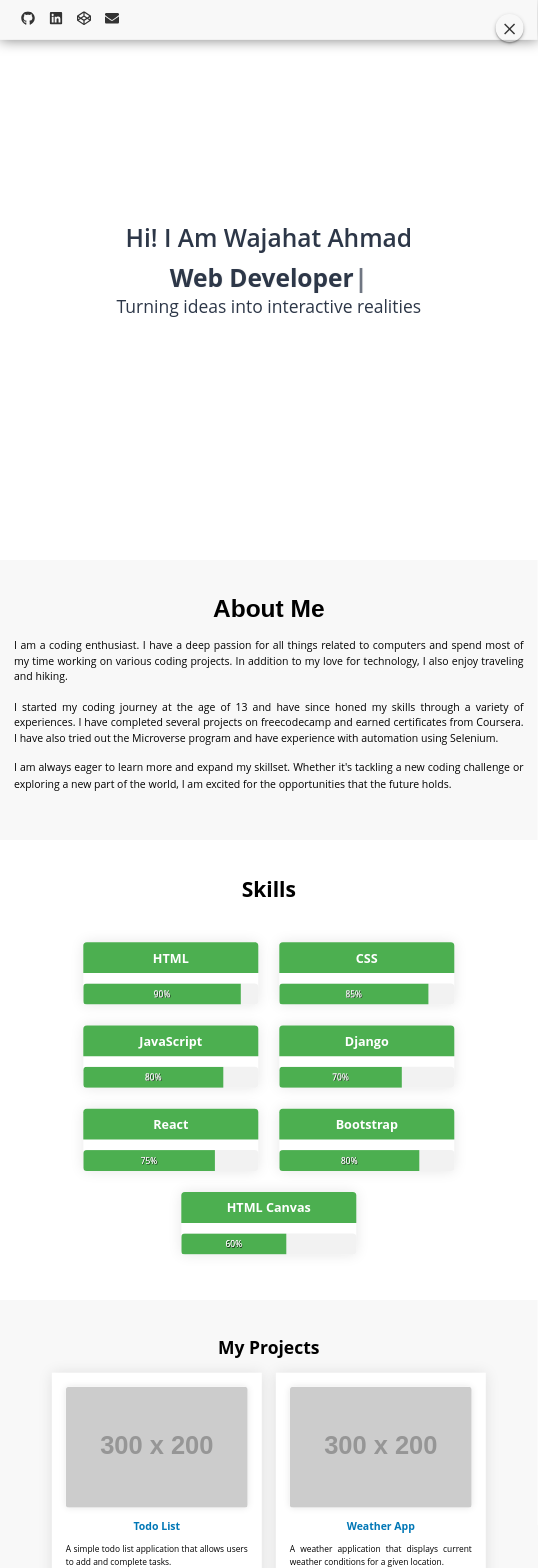
Repository: WajahatKanju/wajahatkanju.github.io
Page: /
The author's editor kept a copy of each file at every save. The page is drawn from the files as they stood at one save, then again after the next save.
The browser window is 768 px wide. The pictures show the part of the page from y = 0 to 2240 px (the page is 3532 px tall), at 70% of full size.
The project was rebuilt for these pictures with package versions that can differ from the ones it lists, and the page was loaded fresh each time. Also part of the build but not shown: vite.config.js.

Above is the page before, as saved 2023-05-06 11:32:38.

### index.html
<!DOCTYPE html>
<html lang="en">
  <head>
    <meta charset="UTF-8" />
    <link rel="icon" type="image/svg+xml" href="./src/assets/favicon.svg" />
    <meta name="viewport" content="width=device-width, initial-scale=1.0" />
    <title>Wajahat Ahmad - Portfolio</title>
  </head>
  <body>
    <div id="root"></div>
    <script type="module" src="./src/main.jsx"></script>
  </body>
</html>

### src/App.jsx
import './styles/App.scss'
import Header from "./Header"
import Navigation from './Navigation'
import About from './About'
import ContactForm from './ContactForm'
import Skills from './Skills'
import Projects from './Projects'

function App() {

  return (
    <>
    <Navigation />
    <Header />
    <About />
    <Skills />
    <Projects />
    <ContactForm />
    </>
  )
}

export default App

### src/styles/App.scss
/* Reset */
*, *::before, *::after {
  margin: 0;
  padding: 0;
  box-sizing: border-box;
}

/* Set base font size */
html {
  font-size: 62.5%; /* 1rem = 10px */
}

/* Base styles */
body {
  font-family: 'Open Sans', sans-serif;
  font-size: 1.6rem; /* 16px */
  overflow-x: hidden;
}

section:nth-of-type(2n - 1){
  background-color: #F8F8F8;
}

/* Media queries */
@media screen and (max-width: 599px) {
  /* Small screens */
  body {
    font-size: 1.2rem; /* 12px */
  }
}

@media screen and (min-width: 600px) and (max-width: 991px) {
  /* Mobile and tablet styles */
  body {
    font-size: 1.4rem; /* 14px */
  }
}

@media screen and (min-width: 992px) and (max-width: 1199px) {
  /* Medium desktop styles */
  body {
    font-size: 1.8rem; /* 18px */
  }
}

@media screen and (min-width: 1200px) and (max-width: 1599px) {
  /* Large desktop styles */
  html {
    font-size: 80%; /* 1rem = 8px */
  }
  body {
    font-size: 2rem; /* 20px */
  }
}

@media screen and (min-width: 1600px) {
  /* Extra large desktop styles */
  html {
    font-size: 100%; /* 1rem = 10px */
  }
  body {
    font-size: 2.2rem; /* 22px */
  }
}

### src/Header.jsx
import { useEffect } from "react";
import Typewriter from "typewriter-effect/dist/core";
import "./styles/Header.scss";

import ImageParticleAnimation from "./ImageParticleAnimation";

function Header() {
  useEffect(() => {
    const typewriter = new Typewriter("#typewriter", {
      strings: ["Web Designer", "Web Developer", "Full Stack Developer"],
      loop: true,
      delay: 80,
      autoStart: true,
    });

    typewriter.start();
  }, []);


  return (
    <header className="header">
      <div className="header__left">
        <h1>Hi! I Am Wajahat Ahmad</h1>
        <p id="typewriter"></p>
        <h3>Turning ideas into interactive realities</h3>
      </div>
      <div className="header__right">
        <ImageParticleAnimation />
      </div>
    </header>
  );
}

export default Header;

### src/Navigation.jsx
import { useState } from 'react';
import { FaGithub, FaLinkedin, FaCodepen, FaEnvelope } from 'react-icons/fa';
import './styles/Navigation.scss';

function Navigation() {
  const [menuOpen, setMenuOpen] = useState(false);

  const handleMenuClick = () => {
    setMenuOpen(!menuOpen);
  };
  return (
    <nav className="navigation">

      <div className={`navigation__left`}>
        <a href="https://github.com/WajahatKanju" target="_blank" rel="noopener noreferrer">
          <FaGithub />
        </a>
        <a href="https://www.linkedin.com/in/wajahat-ahmad-5b493b181/" target="_blank" rel="noopener noreferrer">
          <FaLinkedin />
        </a>
        <a href="https://codepen.io/wajahatahmad" target="_blank" rel="noopener noreferrer">
          <FaCodepen />
        </a>
        <a href="mailto:wajahat5ahmad@gmail.com">
          <FaEnvelope />
        </a>
      </div>
      <ul className={`navigation__right ${menuOpen ? 'active' : ''}`}>
        <li> <a href="#">Home </a> </li>
        <li> <a href="#about">About</a></li>
        <li> <a href="#skills">Skills </a></li>
        <li> <a href="#projects">Projects </a></li>
        <li> <a href="#contact">Contact </a></li>
      </ul>
      <div className={`navigation-button ${menuOpen ? '' : 'active'}`} onClick={handleMenuClick}>
        <div className="navigation__menu-icon">
          <div className="navigation__menu-line"></div>
          <div className="navigation__menu-line"></div>
          <div className="navigation__menu-line"></div>
        </div>
      </div>
    </nav>
  );
}

export default Navigation;

### src/About.jsx
import "./styles/About.scss";

function About() {
  return (
    <section className="about"id="about">
      <div className="about__me--container">
        <h2>About Me</h2>
        <p>
          I am a coding enthusiast. I have a deep passion for all things related
          to computers and spend most of my time working on various coding
          projects. In addition to my love for technology, I also enjoy
          traveling and hiking.
        </p>
        <p>
          I started my coding journey at the age of 13 and have since honed my
          skills through a variety of experiences. I have completed several
          projects on freecodecamp and earned certificates from Coursera. I have
          also tried out the Microverse program and have experience with
          automation using Selenium.
        </p>
        <p>
          I am always eager to learn more and expand my skillset. Whether
          it&apos;s tackling a new coding challenge or exploring a new part of
          the world, I am excited for the opportunities that the future holds.
        </p>
      </div>
    </section>
  );
}

export default About;

### src/ContactForm.jsx
import { useState } from "react";

import "./styles/ContactForm.scss";

function ContactForm() {
  const [name, setName] = useState("");
  const [email, setEmail] = useState("");
  const [message, setMessage] = useState("");

  const handleSubmit = (e) => {
    e.preventDefault();
    // handle form submission logic here
  };

  return (
    <section className="contact__form">
      <div className="contact__form__container">
        <h2 className="form__header">Contact Me</h2>
        <form onSubmit={handleSubmit}>
          <label htmlFor="name">Name:</label>
          <input
            type="text"
            id="name"
            name="name"
            value={name}
            onChange={(e) => setName(e.target.value)}
            required
          />

          <label htmlFor="email">Email:</label>
          <input
            type="email"
            id="email"
            name="email"
            value={email}
            onChange={(e) => setEmail(e.target.value)}
            required
          />

          <label htmlFor="message">Message:</label>
          <textarea
            id="message"
            name="message"
            value={message}
            onChange={(e) => setMessage(e.target.value)}
            required
          />

          <button type="submit">Submit</button>
        </form>
      </div>
    </section>
  );
}

export default ContactForm;

### src/Skills.jsx
import "./styles/Skills.scss";

function Skills() {
  return (
    <section className="skills">
      <h2 className="skills__header">Skills</h2>

      <div className="skills__container">
        <div className="skill">
          <h3 className="skill__name">HTML</h3>
          <div className="skill__bar">
            <div className="skill__fill" style={{ width: "90%" }}>
              <span className="skill__percent">90%</span>
            </div>
          </div>
        </div>

        <div className="skill">
          <h3 className="skill__name">CSS</h3>
          <div className="skill__bar">
            <div className="skill__fill" style={{ width: "85%" }}>
              <span className="skill__percent">85%</span>
            </div>
          </div>
        </div>

        <div className="skill">
          <h3 className="skill__name">JavaScript</h3>
          <div className="skill__bar">
            <div className="skill__fill" style={{ width: "80%" }}>
              <span className="skill__percent">80%</span>
            </div>
          </div>
        </div>

        <div className="skill">
          <h3 className="skill__name">Django</h3>
          <div className="skill__bar">
            <div className="skill__fill" style={{ width: "70%" }}>
              <span className="skill__percent">70%</span>
            </div>
          </div>
        </div>

        <div className="skill">
          <h3 className="skill__name">React</h3>
          <div className="skill__bar">
            <div className="skill__fill" style={{ width: "75%" }}>
              <span className="skill__percent">75%</span>
            </div>
          </div>
        </div>

        <div className="skill">
          <h3 className="skill__name">Bootstrap</h3>
          <div className="skill__bar">
            <div className="skill__fill" style={{ width: "80%" }}>
              <span className="skill__percent">80%</span>
            </div>
          </div>
        </div>

        <div className="skill">
          <h3 className="skill__name">HTML Canvas</h3>
          <div className="skill__bar">
            <div className="skill__fill" style={{ width: "60%" }}>
              <span className="skill__percent">60%</span>
            </div>
          </div>
        </div>
      </div>
    </section>
  );
}

export default Skills;

### src/Projects.jsx
import './styles/Projects.scss';

const Projects = () => {
  const projects = [
    {
      id: 1,
      title: 'Todo List',
      description: 'A simple todo list application that allows users to add and complete tasks.',
      image: 'https://via.placeholder.com/300x200',
      link: 'https://www.example.com/todolist'
    },
    {
      id: 2,
      title: 'Weather App',
      description: 'A weather application that displays current weather conditions for a given location.',
      image: 'https://via.placeholder.com/300x200',
      link: 'https://www.example.com/weatherapp'
    },
    {
      id: 3,
      title: 'E-commerce Store',
      description: 'An online store that allows users to browse and purchase products.',
      image: 'https://via.placeholder.com/300x200',
      link: 'https://www.example.com/ecommerce'
    },
    {
      id: 4,
      title: 'Recipe App',
      description: 'A recipe application that displays a list of recipes and allows users to search and filter them.',
      image: 'https://via.placeholder.com/300x200',
      link: 'https://www.example.com/recipeapp'
    }
  ];

  return (
    <section className="projects" id="projects">
      <h2>My Projects</h2>
      <div className="project-list">
        {projects.map(project => (
          <div className="project" key={project.id}>
            <img src={project.image} alt={project.title} />
            <h3>{project.title}</h3>
            <p>{project.description}</p>
            <a href={project.link}>View Project</a>
          </div>
        ))}
      </div>
    </section>
  );
};

export default Projects;

### src/styles/Header.scss
.header {
  display: flex;
  padding: 2rem 5rem;

  justify-content: space-around;
  align-items: center;
  min-height: 100vh;
  color: #2d3748;
  position: relative;
  z-index: 10;
  flex: 1 1 auto;


  img{
    display: block;

  }

  &__left {
    h1 {
      font-size: 3rem;
      font-weight: 600;
      text-align: center;
      margin-bottom: 1rem;

      span {
        display: inline-block;

        &.animate__bounce:hover {
          animation-name: jelly;
          animation-duration: 1s;
          animation-fill-mode: both;
          animation-iteration-count: infinite;
        }
      }
    }

    h3 {
      font-size: 1.5rem;
      font-weight: 400;
      text-align: center;
      margin-bottom: 3rem;
    }

    #typewriter {
      text-align: center;
      font-size: 2rem;
      font-weight: bold;
      text-shadow: 0.0625rem 0.0625rem 0.1875rem rgba(0, 0, 0, 0.1);
    }
  }

  &__right{
      display: flex;
      justify-content: center;
      align-items: center;
      flex: 1 1 auto;
  }

  @media screen and (max-width: 768px) {
    flex-direction: row;
    justify-content: center;
    align-items: center;
    min-height: 100vh;
    padding: 2rem 5rem;

    &__left {
      margin-bottom: 0;

      h1 {
        text-align: center;
        font-size: 3.5rem;

      }

      h3 {
        text-align: center;
        font-size: 2.5rem;
      }

      #typewriter {
        text-align: center;
        font-size: 3.5rem;
      }
    }

    &__right {
      display: none;
    }
  }
}


@keyframes jelly {
  0%,
  100% {
    transform: scale(1);
  }
  25% {
    transform: scale(0.9, 1.1);
  }
  50% {
    transform: scale(1.1, 0.9);
  }
  75% {
    transform: scale(0.95, 1.05);
  }
}

### src/ImageParticleAnimation.jsx
import { useEffect, useRef } from "react";
import cartoonMe from "./assets/cartoon.png";

export default function ImageParticleAnimation() {

  // eslint-disable-next-line react-hooks/exhaustive-deps
  const png = new Image();
  png.src = cartoonMe;
  const canvasRef = useRef();

  useEffect(() => {
    const canvas = canvasRef.current;
    const ctx = canvas.getContext("2d");

    canvas.width = innerWidth;
    canvas.height = innerHeight;

    let particleArray = [];

    let mouse = {
      x: null,
      y: null,
      radius: 120,
    };

    window.addEventListener("mousemove", (event) => {
      mouse.x = event.x + canvas.clientLeft / 2;
      mouse.y = event.y + canvas.clientTop / 2;
    });

    function drawImage() {
      let imageWidth = png.width;
      let imageHeight = png.height;
      ctx.drawImage(png, innerWidth / 2, innerHeight / 2);
      const data = ctx.getImageData(0, 0, imageWidth, imageHeight);
      ctx.clearRect(0, 0, canvas.width, canvas.height);

      class Particle {
        constructor(x, y, color, size=1) {
          this.baseX = x + (canvas.width * 0.75 ) - png.width * 2;
          this.baseY = y + (canvas.height * 0.45 ) - png.height * 2;

          this.x = this.baseX + Math.random() * 200 - 25 ;
          this.y = this.baseY + Math.random() * 200 - 25 ;

          this.color = color;
          this.size = size;

          this.density = Math.random() * 10 + 2;
        }

        draw() {
          ctx.fillStyle = this.color;
          ctx.beginPath();
          ctx.arc(this.x, this.y, this.size * 10, 0, Math.PI * 2);
          ctx.closePath();
          ctx.fill();
        }

        update() {
          let dx = mouse.x - this.x;
          let dy = mouse.y - this.y;
          let distance = Math.sqrt(dx * dx + dy * dy);
          let forceDirectionX = dx / distance;
          let forceDirectionY = dy / distance;

          const maxDistance = 100;
          let force = (maxDistance - distance) / (maxDistance * 0.5);
          if (force < 0) force = 0;

          let directionX = forceDirectionX * force * this.density * 0.6;
          let directionY = forceDirectionY * force * this.density * 0.6;

          if (distance < mouse.radius + this.size) {
            this.x -= directionX;
            this.y -= directionY;
          } else {
            if (this.x != this.baseX) {
              let dx = this.x - this.baseX;
              this.x -= dx / 25;
            }
            if (this.y != this.baseY) {
              let dy = this.y - this.baseY;
              this.y -= dy / 25;
            }
          }

          this.draw();
        }
      }

      function init() {
        particleArray = [];

        for (let y = 0, y2 = data.height; y < y2; y++) {
          for (let x = 0, x2 = data.width; x < x2; x++) {
            if (data.data[y * 4 * data.width + x * 4 + 3] > 128) {
              let positionX = x;
              let positionY = y;
              let color = `rgb(${data.data[y * 4 * data.width + x * 4]}, ${
                data.data[y * 4 * data.width + x * 4 + 1]
              }, ${data.data[y * 4 * data.width + x * 4 + 2]} )`;

              particleArray.push(new Particle(positionX * 4 , positionY* 4, color , 0.25));
            }
          }
        }
      }

      function animate() {
        requestAnimationFrame(animate);
        ctx.fillStyle = "rgba(255,255,255, 0.5)";


        ctx.fillRect(0, 0, innerWidth, innerHeight);

        for (let i = 0; i < particleArray.length; i++) {
          particleArray[i].update();
        }
      }
      init();
      animate();

      window.addEventListener("resize", () => {
        canvas.width = innerWidth;
        canvas.height = innerHeight;
        init();
      });
    }

    png.onload = () => {
      console.log("Image loaded");
      ctx.drawImage(png, 0, 0);
      drawImage();
    };
  }, [png]);

  return (
    <>
      <canvas
        ref={canvasRef}
        id="canvas"
        style={{ position: "absolute", top: "0", left: "0", zIndex: '-1', maxWidth: '100vw', maxHeight: '100%' }}
      ></canvas>
    </>
  );
}

### src/styles/About.scss
.about {
  padding: 5rem 0;
  display: flex;
  justify-content: center;

  &__me--container {
    max-width: 800px;
    width: 100%;
    margin: 0 2rem;
  }

  h2 {
    font-family: 'Montserrat', sans-serif;
    font-size: 3.5rem;
    margin-bottom: 2rem;
    text-align: center;
    transition: all 0.3s ease;
  }

  h2:hover {
    color: #FF8C00;
    transform: scale(1.05);
  }

  p {
    font-family: 'Open Sans', sans-serif;
    font-size: 1.5rem;
    line-height: 1.5;
    margin-bottom: 2rem;
    text-align: justify;
  }
}

### src/styles/ContactForm.scss
.contact__form {
  display: flex;
  justify-content: center;
  align-items: center;
  height: 100vh;

  .contact__form__container {
    max-width: 600px;
    width: 100%;
    padding: 3rem;
    border-radius: 10px;
    box-shadow: 0 0 20px rgba(0, 0, 0, 0.1);

    .form__header {
      font-size: 2.5rem;
      font-weight: 700;
      text-align: center;
      margin-bottom: 2rem;
    }

    form {
      display: flex;
      flex-direction: column;

      label {
        font-size: 1.2rem;
        font-weight: 500;
        margin-bottom: 0.5rem;
      }

      input,
      textarea {
        padding: 1rem;
        font-size: 1rem;
        border-radius: 5px;
        border: none;
        margin-bottom: 1.5rem;
        box-shadow: 0 0 5px rgba(0, 0, 0, 0.1);
        transition: box-shadow 0.3s ease-in-out;

        &:focus {
          outline: none;
          box-shadow: 0 0 10px rgba(0, 0, 0, 0.2);
        }
      }

      textarea {
        resize: none;
        height: 150px;
      }

      button[type="submit"] {
        background-color: #4caf50;
        color: #fff;
        font-size: 1.2rem;
        padding: 1rem 2rem;
        border: none;
        border-radius: 5px;
        cursor: pointer;
        transition: background-color 0.3s ease-in-out;

        &:hover {
          background-color: #3e8e41;
        }
      }
    }
  }
}

### src/styles/Skills.scss
.skills {
  padding: 5rem 0;

  &__header {
    font-size: 3rem;
    text-align: center;
    margin-bottom: 4rem;
  }

  &__container {
    display: flex;
    flex-wrap: wrap;
    justify-content: center;
  }

  .skill {
    width: 250px;
    margin: 1.5rem;
    text-align: center;
    border-radius: 5px;
    background-color: #fff;
    box-shadow: 0 0 20px rgba(0, 0, 0, 0.1);
    transition: transform 0.3s ease-in-out;

    &:hover {
      transform: translateY(-25px) scale(1.06);
    }

    &__name {
      font-size: 1.8rem;
      margin-bottom: 1.5rem;
      padding: 1rem;
      background-color: #4caf50;
      color: #fff;
      border-top-left-radius: 5px;
      border-top-right-radius: 5px;
    }

    &__bar {
      height: 30px;
      border-radius: 5px;
      background-color: #f2f2f2;
      overflow: hidden;
      position: relative;
    }

    &__fill {
      position: absolute;
      top: 0;
      left: 0;
      bottom: 0;
      background-color: #4caf50;
      width: 0;
      transition: width 1s ease-in-out;
      display: flex;
      justify-content: center;
      align-items: center;

      &::before {
        content: "";
        position: absolute;
        top: 50%;
        left: 50%;
        transform: translate(-50%, -50%);
        font-size: 1.2rem;
        color: #fff;
        text-shadow: 1px 1px rgba(0, 0, 0, 0.5);
      }
    }

    &__percent {
      font-size: 1.2rem;
      color: #fff;
      text-shadow: 1px 1px rgba(0, 0, 0, 0.5);
    }
  }

  // Set the width of the fill bar based on the percentage
  .skill:nth-child(1) .skill__fill {
    width: 90%;
    &::before {
      content: "90%";
    }
  }

  .skill:nth-child(2) .skill__fill {
    width: 85%;
    &::before {
      content: "85%";
    }
  }

  .skill:nth-child(3) .skill__fill {
    width: 80%;
    &::before {
      content: "80%";
    }
  }

  .skill:nth-child(4) .skill__fill {
    width: 70%;
    &::before {
      content: "70%";
    }
  }

  .skill:nth-child(5) .skill__fill {
    width: 75%;
    &::before {
      content: "75%";
    }
  }

  .skill:nth-child(6) .skill__fill {
    width: 80%;
    &::before {
      content: "80%";
    }
  }

  .skill:nth-child(7) .skill__fill {
    width: 60%;
    &::before {
      content: "60%";
    }
  }
}

### src/styles/Projects.scss
.projects {
  padding: 5rem 0;

  h2 {
    font-size: 2.5rem;
    margin-bottom: 2rem;
    text-align: center;
  }

  .project-list {
    display: flex;
    flex-wrap: wrap;
    justify-content: center;
    gap: 2rem;

    .project {
      background-color: #fff;
      box-shadow: 0 0 20px rgba(0, 0, 0, 0.1);
      padding: 2rem;
      width: 300px;
      display: flex;
      flex-direction: column;
      align-items: center;
      transition: transform 0.2s ease-in-out;

      &:hover {
        transform: translateY(-5px);
      }

      img {
        width: 100%;
        max-width: 300px;
        height: auto;
        margin-bottom: 1.5rem;
        border-radius: 5px;
        box-shadow: 0 0 10px rgba(0, 0, 0, 0.1);
        transition: transform 0.2s ease-in-out;

        &:hover {
          transform: scale(1.05);
        }
      }

      h3 {
        font-size: 1.5rem;
        margin-bottom: 1.5rem;
        text-align: center;
        color: #0077b6;
        text-shadow: 1px 1px 0 #fff;
      }

      p {
        font-size: 1.2rem;
        line-height: 1.5;
        margin-bottom: 1.5rem;
        text-align: justify;
      }

      a {
        font-size: 1.2rem;
        background-color: #0077b6;
        color: #fff;
        text-decoration: none;
        padding: 0.5rem 1rem;
        border-radius: 5px;
        transition: background-color 0.3s ease;

        &:hover {
          background-color: #023e8a;
        }
      }
    }
  }
}

Loaded but not shown: src/main.jsx (common file); src/styles/Navigation.scss (273 lines, source omitted)

After the next save:
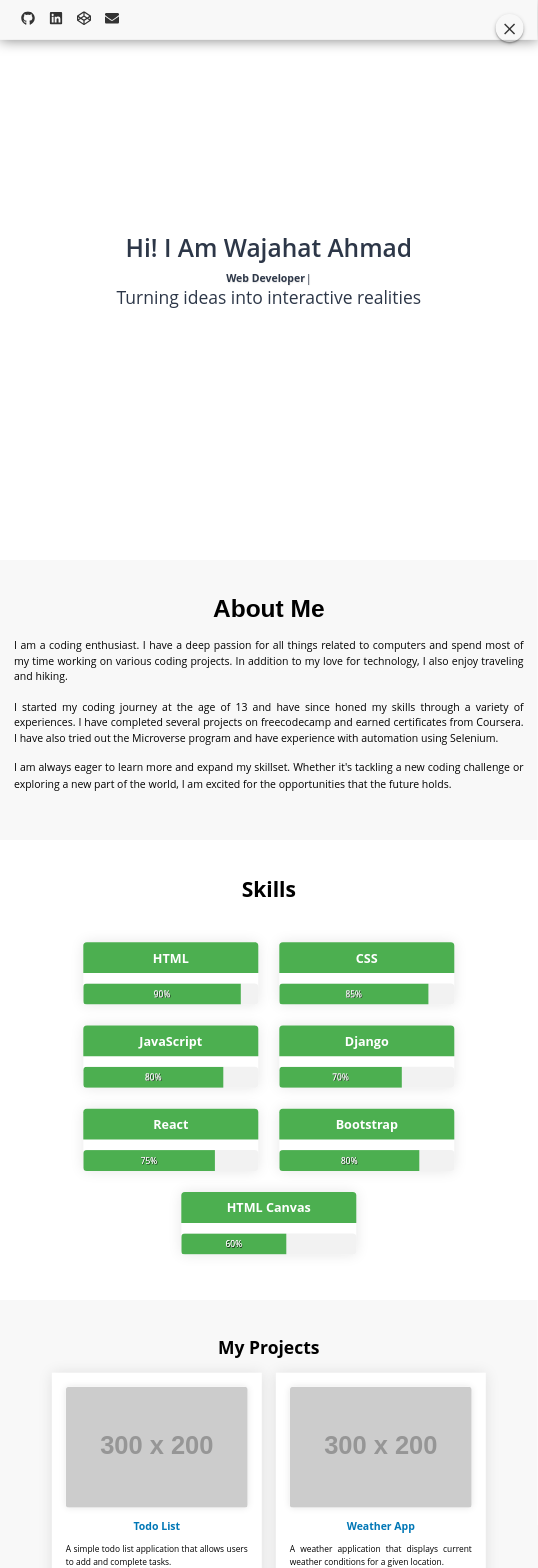
Saved 4 s later.
--- a/src/styles/Header.scss
+++ b/src/styles/Header.scss
@@ -80,7 +80,7 @@
 
       #typewriter {
         text-align: center;
-        font-size: 3.5rem;
+        font-size: 1.5rem;
       }
     }
 
